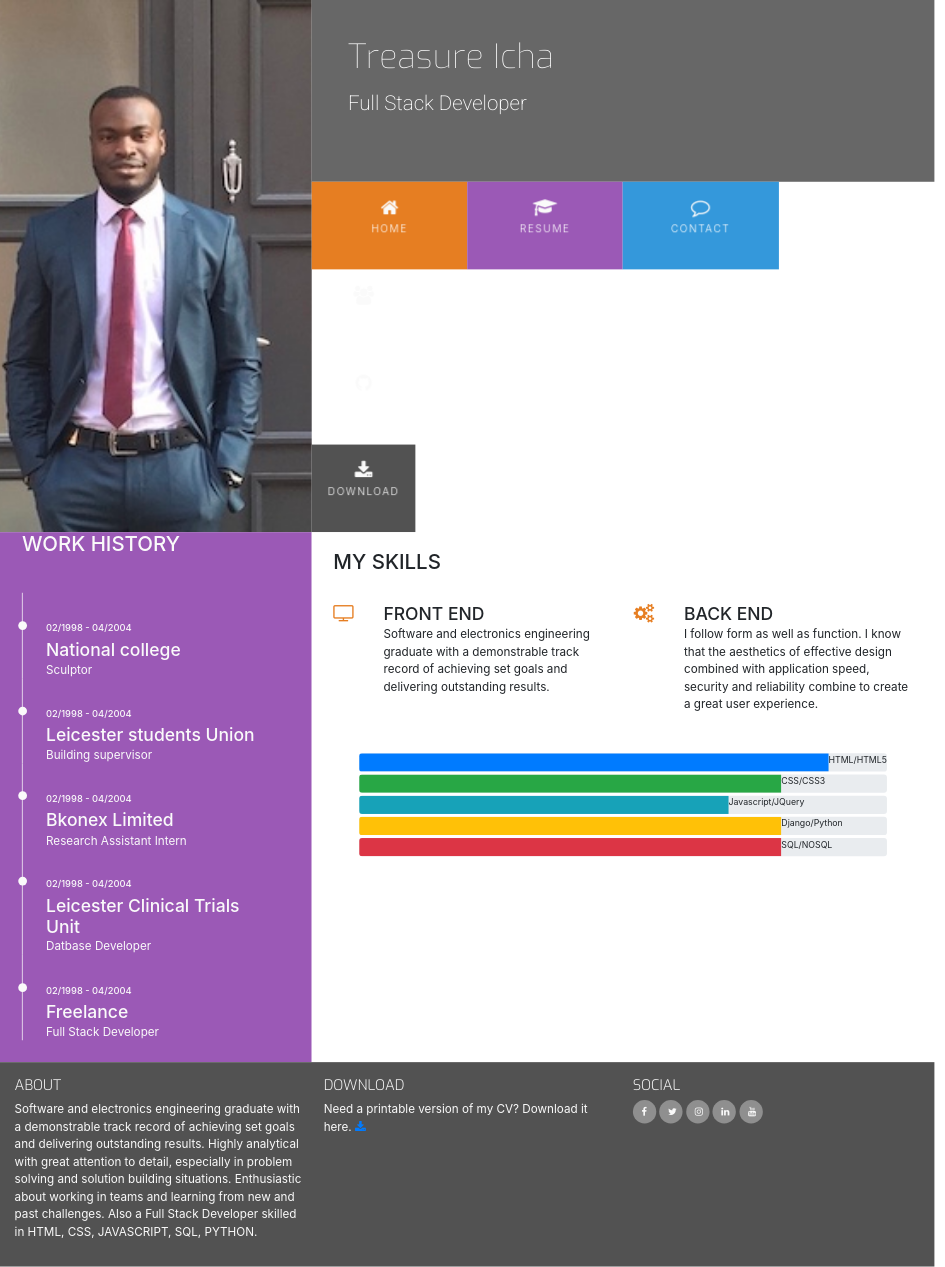
Repository: IchaTreasure/cv-project
Page: resume.html
The author's editor kept a record of every edit. The page is drawn from the files as they stood at one moment, then again after the next edit.
The browser window is 1280 px wide. The page is 1295 px wide, so the pictures cover 1295 px, including what lies to the right of the window. The pictures show the whole page, at 73% of full size.

Above is the page before.

After the next edit:
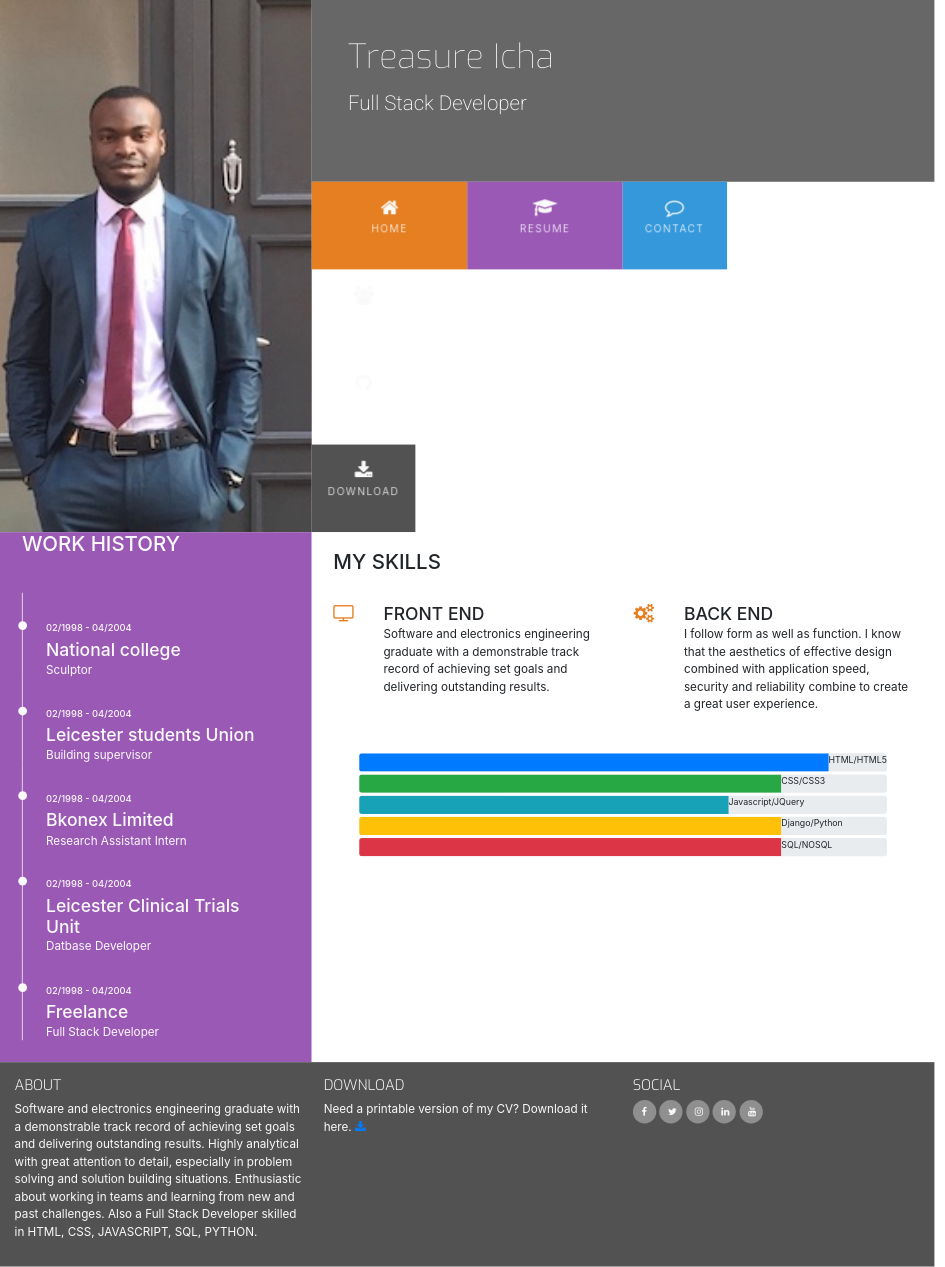
The edit:
--- a/resume.html
+++ b/resume.html
@@ -36,7 +36,7 @@
                                 <a href="resume.html" class = "hvr-sweep-to-bottom"><i class = " fa fa-graduation-cap" aria-hidden="true"></i> <span>Resume</span></a>
                             </li>
 
-                            <li class = "col-6 col-sm-3 ui-menu-color-contact list-inline-item menuitem">
+                            <li class = "col-xs-6 col-sm-2 ui-menu-color-contact list-inline-item menuitem">
                                 <a href="contact.html" class = "hvr-sweep-to-bottom"><i class = " fa fa-comment-o" aria-hidden="true"></i> <span>Contact</span></a>
                             </li>
 
